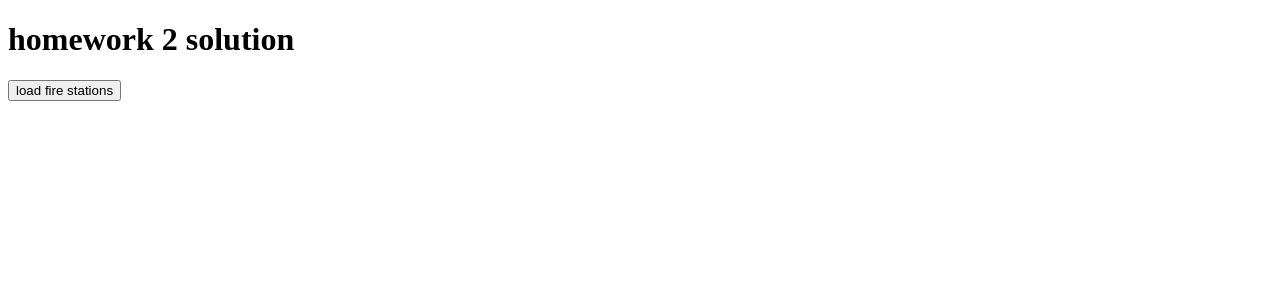
Repository: gapopek/csc335-HW-4
Page: csc335-HW-4/HW4.html
The author's editor kept a record of every edit. The page is drawn from the files as they stood at one moment, then again after the next edit.
The browser window is 1280 px wide. The pictures show the whole page.

Above is the page before.

### csc335-HW-4/HW4.html
<!DOCTYPE html>
<html>
    <head>
        <title>homework solutions </title>
        <script scr="hw2.js"></script>
        <script scr="//code.jquery.com/jquery-2.1.3.min.js"></script>
    </head>
    <body>
        <h1>homework 2 solution</h1>

        <input type="button" value="load fire stations" />


    </body>
</html>

After the next edit:
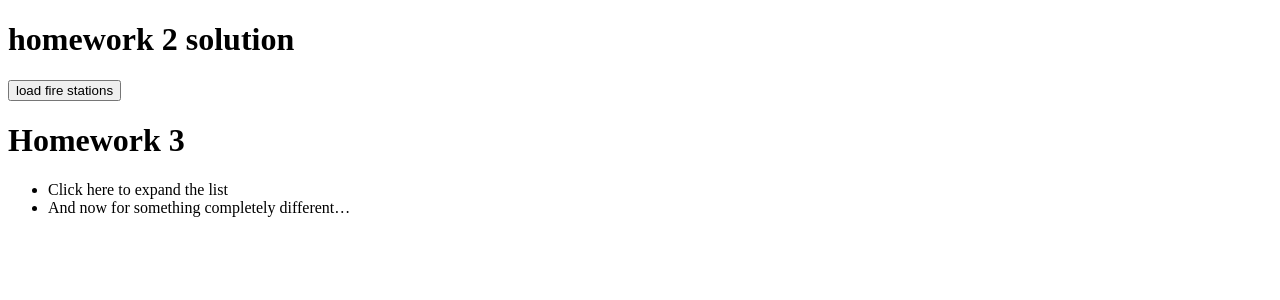
The edit:
--- a/csc335-HW-4/HW4.html
+++ b/csc335-HW-4/HW4.html
@@ -10,6 +10,14 @@
 
         <input type="button" value="load fire stations" />
 
+        <h1>Homework 3</h1>
+
+    <ul>
+      <li><span class="button">Click here</span> to expand the list</li>
+      <li><span class="button">And now for something completely
+	different&hellip;</span></li>
+    </ul>
+
 
     </body>
 </html>
